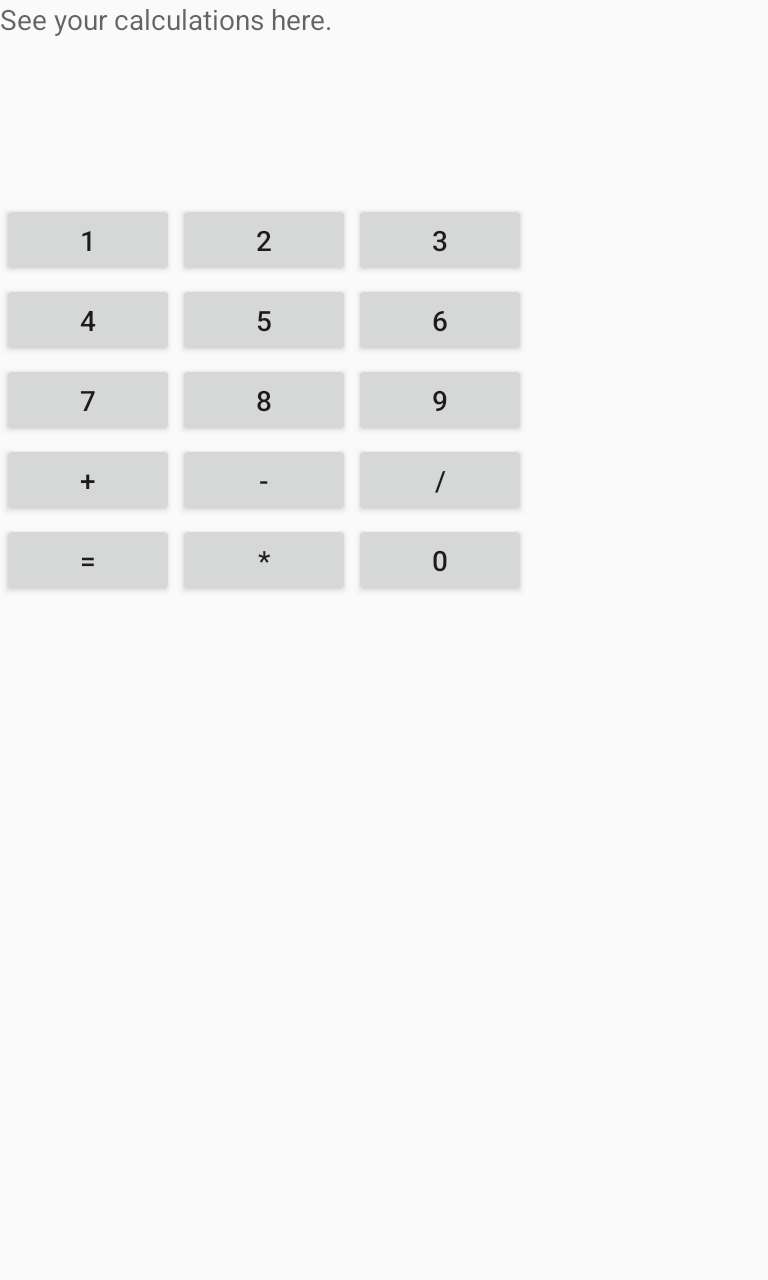
Repository: apoorvelec/AndroidApps
Layout: Calculator/res/layout/activity_main.xml
An editor plug-in stored every save of this project. The layout is shown before and after the next save, followed by the edit.
It is drawn on a 768 x 1280 px phone screen (xhdpi) without system bars, with theme AppTheme; the app's code is not run.

Above is the layout before, as saved 2016-05-22 00:29:11.

### Calculator/res/layout/activity_main.xml
<?xml version="1.0" encoding="utf-8"?>
<LinearLayout xmlns:android="http://schemas.android.com/apk/res/android"
   android:layout_width="fill_parent"
   android:layout_height="fill_parent"
   android:orientation="vertical" >

   <!--This is the Calculator's topmost output screen  -->
   <TextView android:id="@+id/text"
      android:layout_width="wrap_content"
      android:layout_height="100dp"
      android:hint="See your calculations here."
      android:scrollbars="vertical" />

   <!-- More GUI components go here  -->
   <LinearLayout android:layout_width="fill_parent"
   android:layout_height="40dp"
   android:orientation="horizontal" >
   	<Button android:id="@+id/button1"
      android:layout_width="wrap_content"
      android:layout_height="wrap_content"
      android:text="1"
      android:onClick="buttonClick" />
   	<Button android:id="@+id/button2"
      android:layout_width="wrap_content"
      android:layout_height="wrap_content"
      android:text="2"
      android:onClick="buttonClick" />
   	<Button android:id="@+id/button3"
      android:layout_width="wrap_content"
      android:layout_height="wrap_content"
      android:text="3"
      android:onClick="buttonClick" />
   </LinearLayout>

   <LinearLayout android:layout_width="fill_parent"
   android:layout_height="40dp"
   android:orientation="horizontal" >
   	<Button android:id="@+id/button4"
      android:layout_width="wrap_content"
      android:layout_height="wrap_content"
      android:text="4"
      android:onClick="buttonClick" />
   	<Button android:id="@+id/button5"
      android:layout_width="wrap_content"
      android:layout_height="wrap_content"
      android:text="5"
      android:onClick="buttonClick" />
   	<Button android:id="@+id/button6"
      android:layout_width="wrap_content"
      android:layout_height="wrap_content"
      android:text="6"
      android:onClick="buttonClick" />
   </LinearLayout>

   <LinearLayout android:layout_width="fill_parent"
   android:layout_height="40dp"
   android:orientation="horizontal" >
   	<Button android:id="@+id/button7"
      android:layout_width="wrap_content"
      android:layout_height="wrap_content"
      android:text="7"
      android:onClick="buttonClick" />
   	<Button android:id="@+id/button8"
      android:layout_width="wrap_content"
      android:layout_height="wrap_content"
      android:text="8"
      android:onClick="buttonClick" />
   	<Button android:id="@+id/button9"
      android:layout_width="wrap_content"
      android:layout_height="wrap_content"
      android:text="9"
      android:onClick="buttonClick" />
   </LinearLayout>

   <LinearLayout android:layout_width="fill_parent"
   android:layout_height="40dp"
   android:orientation="horizontal" >
   	<Button android:id="@+id/button10"
      android:layout_width="wrap_content"
      android:layout_height="wrap_content"
      android:text="+"
      android:onClick="buttonClick" />
   	<Button android:id="@+id/button11"
      android:layout_width="wrap_content"
      android:layout_height="wrap_content"
      android:text="-"
      android:onClick="buttonClick" />
   	<Button android:id="@+id/button12"
      android:layout_width="wrap_content"
      android:layout_height="wrap_content"
      android:text="/"
      android:onClick="buttonClick" />
   </LinearLayout>

   <LinearLayout android:layout_width="fill_parent"
   android:layout_height="40dp"
   android:orientation="horizontal" >
   	<Button android:id="@+id/button13"
      android:layout_width="wrap_content"
      android:layout_height="wrap_content"
      android:text="="
      android:onClick="outputResult" />
   	<Button android:id="@+id/button14"
      android:layout_width="wrap_content"
      android:layout_height="wrap_content"
      android:text="*"
      android:onClick="buttonClick" />
   	<Button android:id="@+id/button15"
      android:layout_width="wrap_content"
      android:layout_height="wrap_content"
      android:text="0"
      android:onClick="buttonClick" />
   </LinearLayout>

</LinearLayout>

Loaded but not shown: Calculator/res/values/styles.xml (common file); Calculator/res/values-v11/styles.xml (common file); Calculator/res/values-v14/styles.xml (common file)

After the next save:
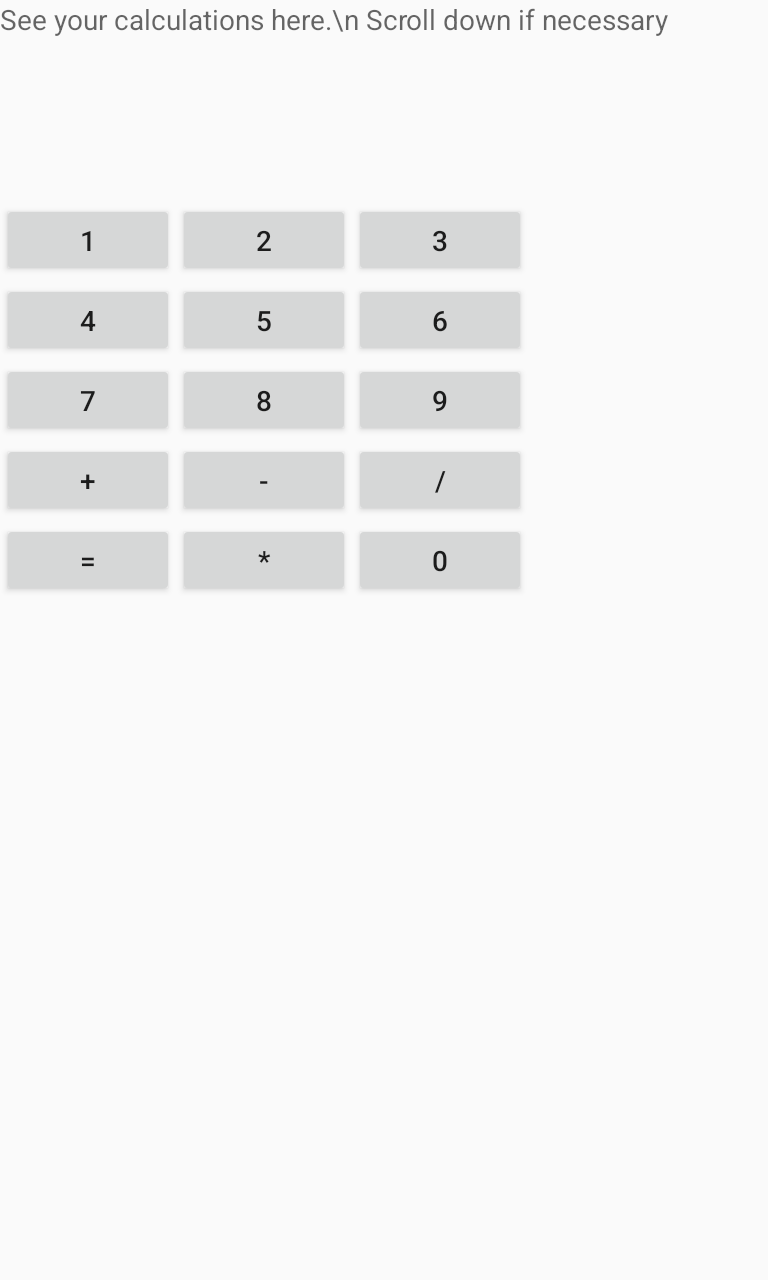
Saved 40 s later.
--- a/Calculator/res/layout/activity_main.xml
+++ b/Calculator/res/layout/activity_main.xml
@@ -8,7 +8,7 @@
    <TextView android:id="@+id/text"
       android:layout_width="wrap_content"
       android:layout_height="100dp"
-      android:hint="See your calculations here."
+      android:hint="See your calculations here.\n Scroll down if necessary"
       android:scrollbars="vertical" />
 
    <!-- More GUI components go here  -->
